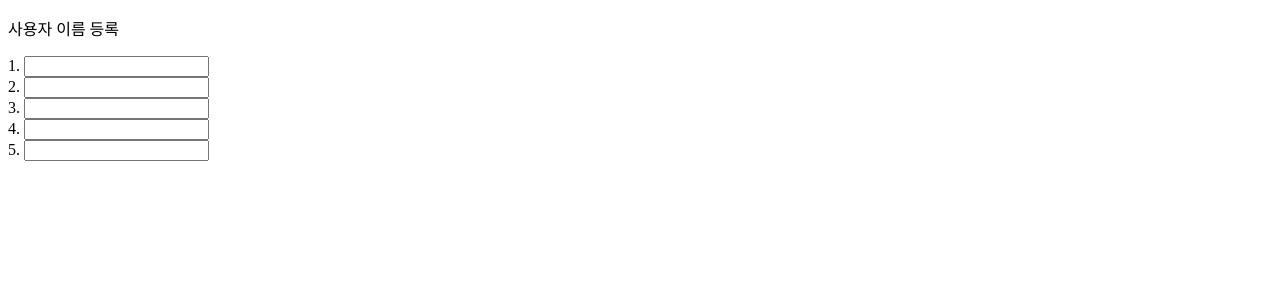
Repository: sagong0/servlet
Page: example/src/main/webapp/number.html
The author's editor kept a copy of each file at every save. The page is drawn from the files as they stood at one save, then again after the next save.
The browser window is 1280 px wide. The pictures show the whole page.

Above is the page before, as saved 2023-08-11 07:16:08.

### example/src/main/webapp/number.html
<!DOCTYPE html>
<html>
<head>
<meta charset="UTF-8">
<title>사용자가 입력한 값을 배열로 등록</title>
</head>
<body>
<p>사용자 이름 등록</p>
1. <input type="text"> <br/>
2. <input type="text"> <br/>
3. <input type="text"> <br/>
4. <input type="text"> <br/>
5. <input type="text"> <br/>
</body>
</html>

After the next save:
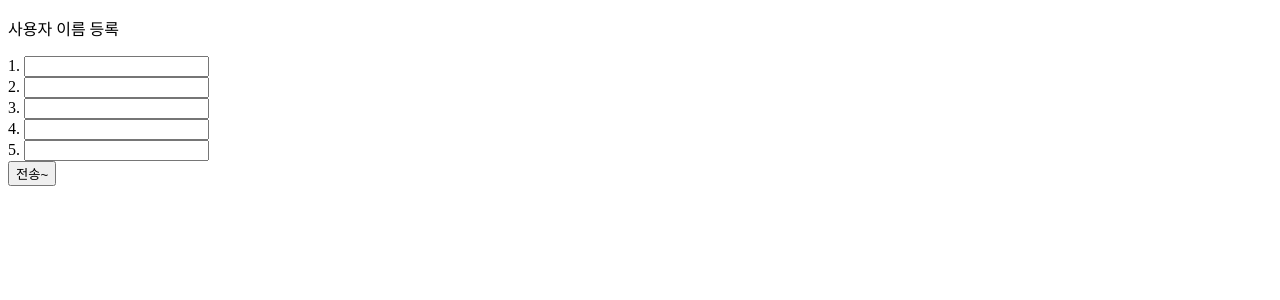
Saved 20 s later.
--- a/example/src/main/webapp/number.html
+++ b/example/src/main/webapp/number.html
@@ -11,5 +11,7 @@
 3. <input type="text"> <br/>
 4. <input type="text"> <br/>
 5. <input type="text"> <br/>
+
+<input type="button" value="전송~">
 </body>
 </html>
